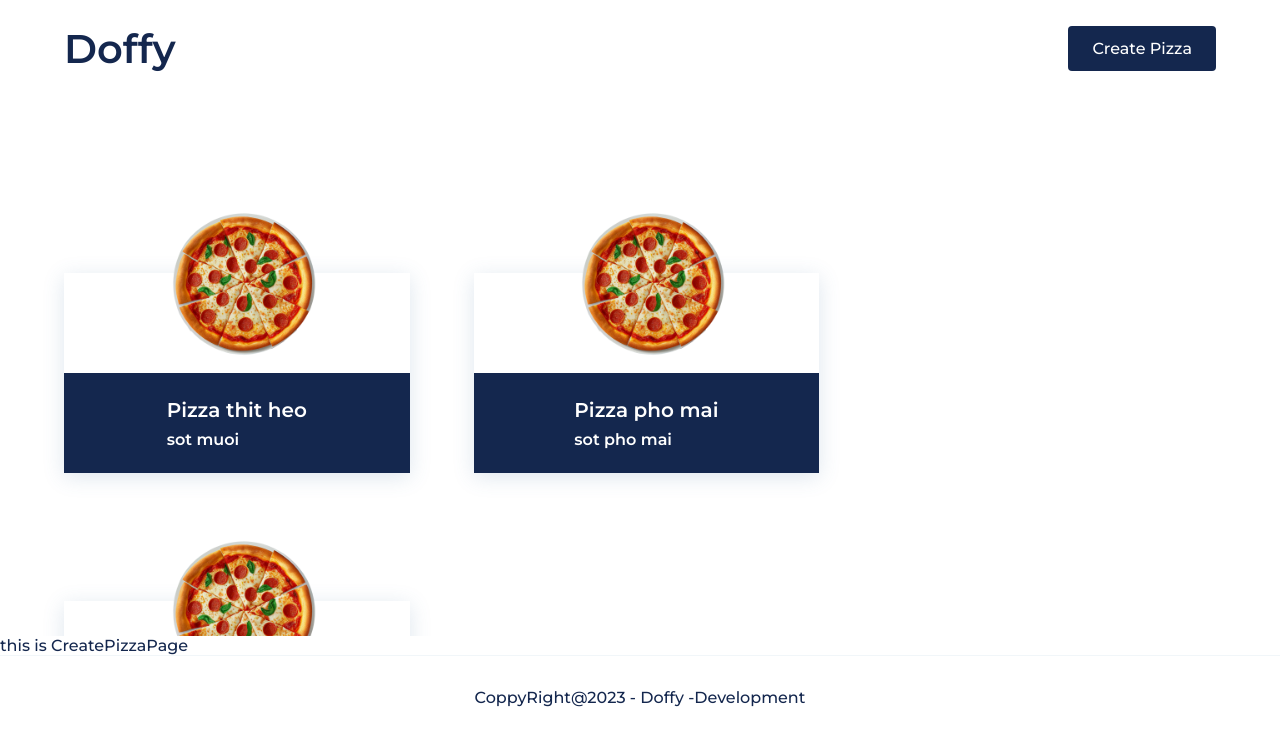
Repository: 16-Doffy/Pizza-Store
Page: /
The author's editor kept a copy of each file at every save. The page is drawn from the files as they stood at one save, then again after a run of saves.
The browser window is 1280 px wide. The pictures show the whole page.
An inner scrolling area shows only its first screen. The project was rebuilt for these pictures with package versions that can differ from the ones it lists, and the page was loaded fresh each time. Also part of the build but not shown: webpack.config.js.

Above is the page before, as saved 2025-02-06 23:33:46.

After the next 3 saves:
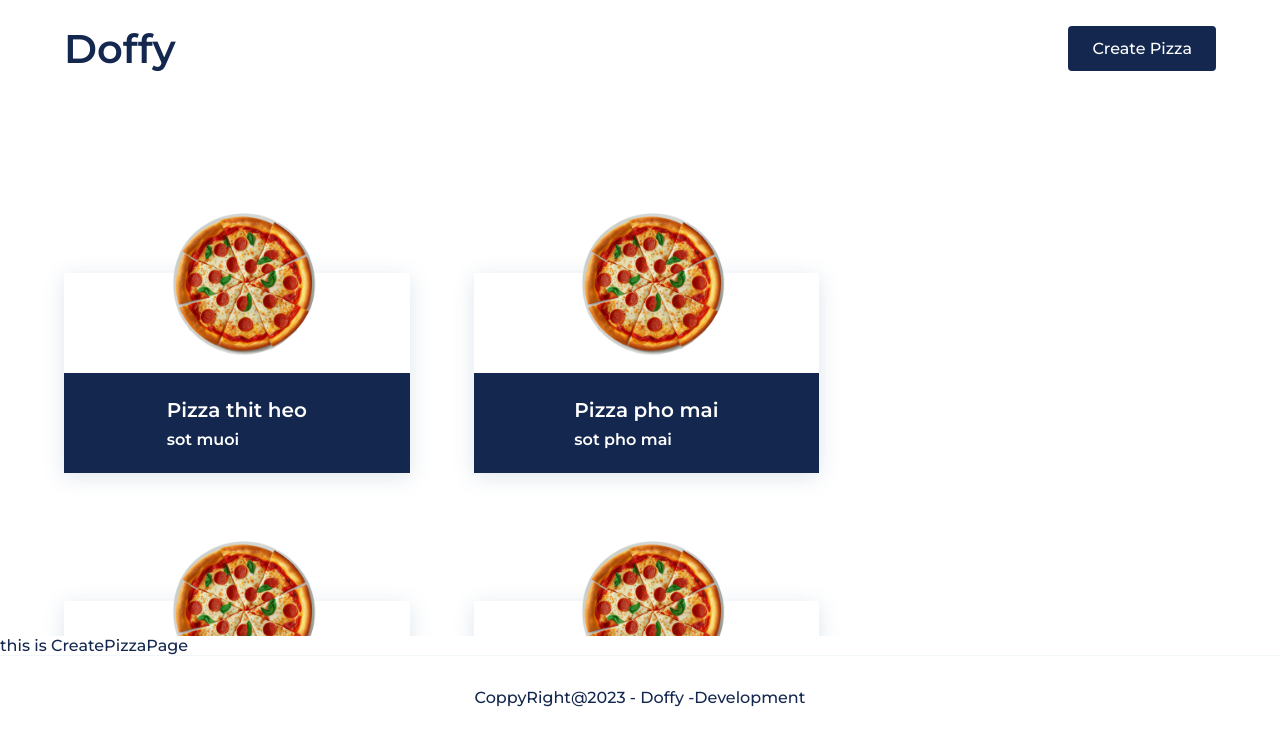
The 3 saves are shown as one change because 2 did not build or start.
The last was saved 2 min 51 s later.
--- a/src/pages/HomePage.tsx
+++ b/src/pages/HomePage.tsx
@@ -1,39 +1,36 @@
-import React, { useState } from "react";
+import React, { useEffect, useState } from "react";
 import CardPizza from "../sections/CardPizza";
 import { Pizza } from "../models/Pizza.model";
 
+const HomePage = () => {
+  const [pizzas, setPizzas] = useState<Pizza[]>([
+    { id: 1, title: "Pizza thit heo", description: "sot muoi" },
+    { id: 2, title: "Pizza pho mai", description: "sot pho mai" },
+    { id: 3, title: "Pizza hai san", description: "sot hai san" },
+  ]);
 
-const HomePage = () => {
+  const handleRemovePizza = (id: number) => {
+    const newPizzas = pizzas.filter((item) => item.id !== id);
+    setPizzas(newPizzas);
+  };
 
-    const [pizzas, setPizzas] = useState<Pizza[]>([
-      {id: 1, title: 'Pizza thit heo', description:' sot muoi'},
-      {id: 2, title: 'Pizza pho mai', description:' sot pho mai'},
-      {id: 3, title: 'Pizza hai san', description:' sot hai san'},
-    ]);
-    // const [person, setPerson] = useState<Pizza> ({
-    //     title:'Doffy',
-    //     description:'Lap trinh vien'
-    // });
-    // const handleChangePerson = (data:Pizza) =>{
-    //     setPerson(data);
-    // }
-    const hanldeRemovePizza = (id: number) =>{
-        const indexPizza = pizzas.findIndex(item => item.id === id);
-        let newPizza = [...pizzas];
-        newPizza.splice(indexPizza, 1);
-        setPizzas(newPizza);
-    }
-
-
+  useEffect(() => {
+    console.log("render hook");
+    setPizzas([...pizzas, { id: 4, title: "pizza test", description: "nhu cc" }]);
+  }, []);
 
   return (
     <div style={{ height: "calc(100vh - 309px)", padding: "4rem 4rem", overflow: "auto" }}>
       <div className="wrapper-card-items">
-      {
-  pizzas.map(item => (
-    <CardPizza key={item.id} id={item.id} title={item.title} description={item.description} hanldeRemovePizza={hanldeRemovePizza}/>
-  ))
-}
+        {pizzas.map((item) => (
+          <CardPizza
+            key={item.id}
+            id={item.id}
+            title={item.title}
+            description={item.description}
+            hanldeRemovePizza={handleRemovePizza}
+          />
+        ))}
       </div>
       <br />
     </div>
